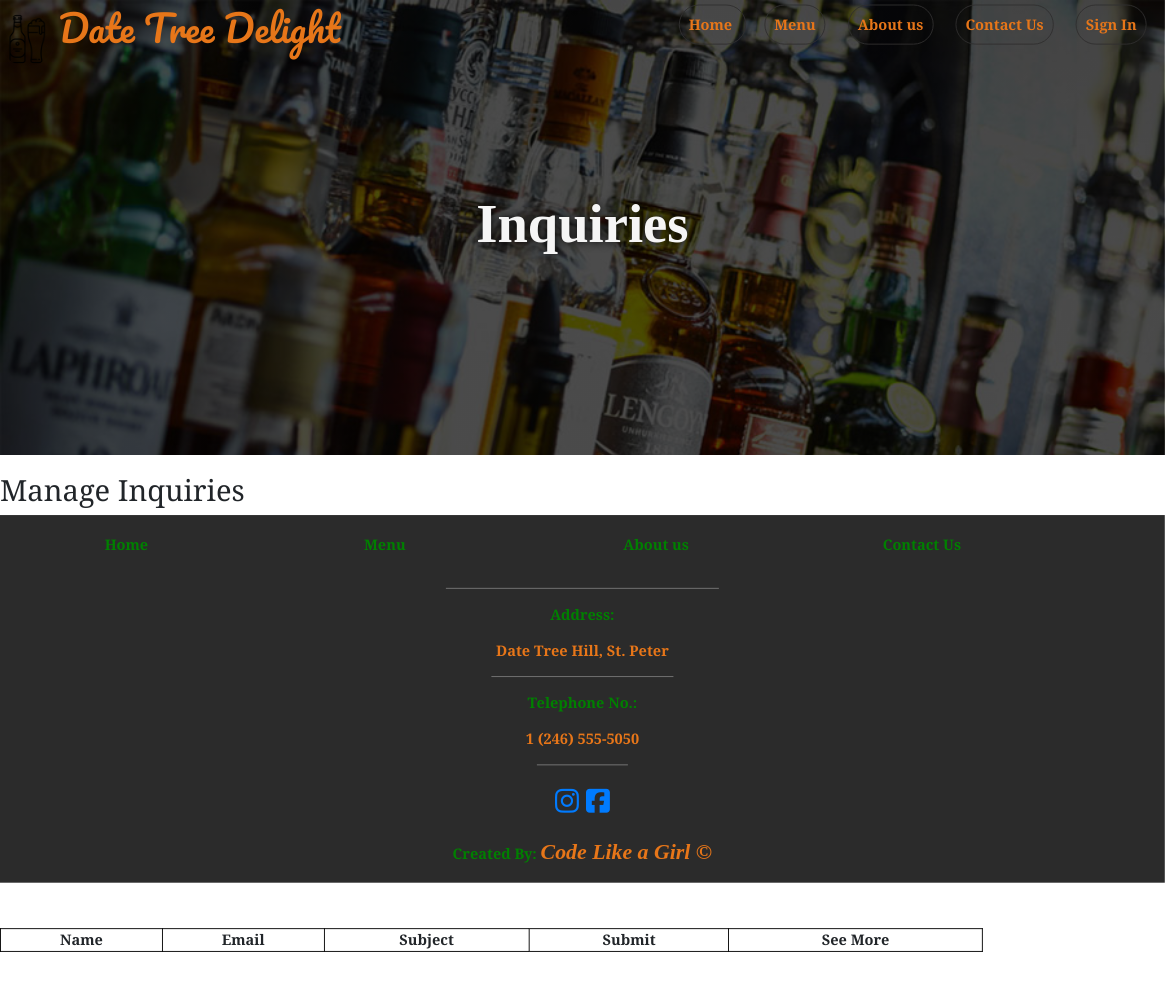
Repository: jadagoring/DateTreeDelight
Page: http://localhost/inquiries.php
An editor plug-in stored every save of this project. The page is shown before and after the next save, followed by the edit.
The browser window is 1280 px wide. The pictures show the whole page, at 91% of full size.
Some web fonts or font styles are not loaded; a fallback is used. Some web libraries are served in a nearby version. The page is run by PHP 8.4 with error messages shown; the project is at /var/www/html/. Queries for data that is not in the repository find no rows.

Above is the page before, as saved 2020-06-04 19:16:51.

After the next save:
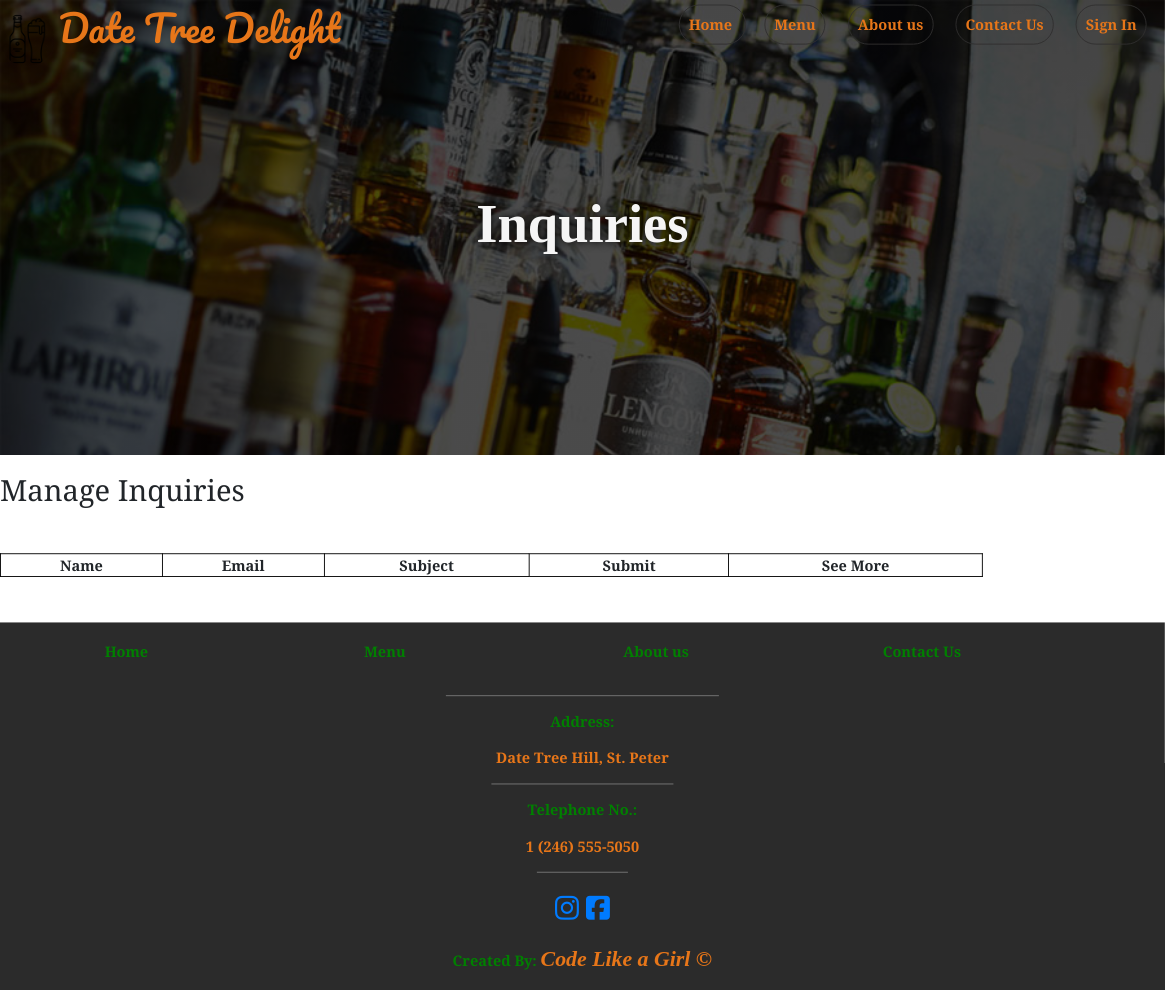
Saved 17 s later.
--- a/inquiries.php
+++ b/inquiries.php
@@ -40,6 +40,7 @@ $connect = mysqli_connect("localhost", "root", "", "cart_system");
             }
         }
         ?>
+    </table>
 </div>
 
 <?php include "templates/footer.php"; ?>
